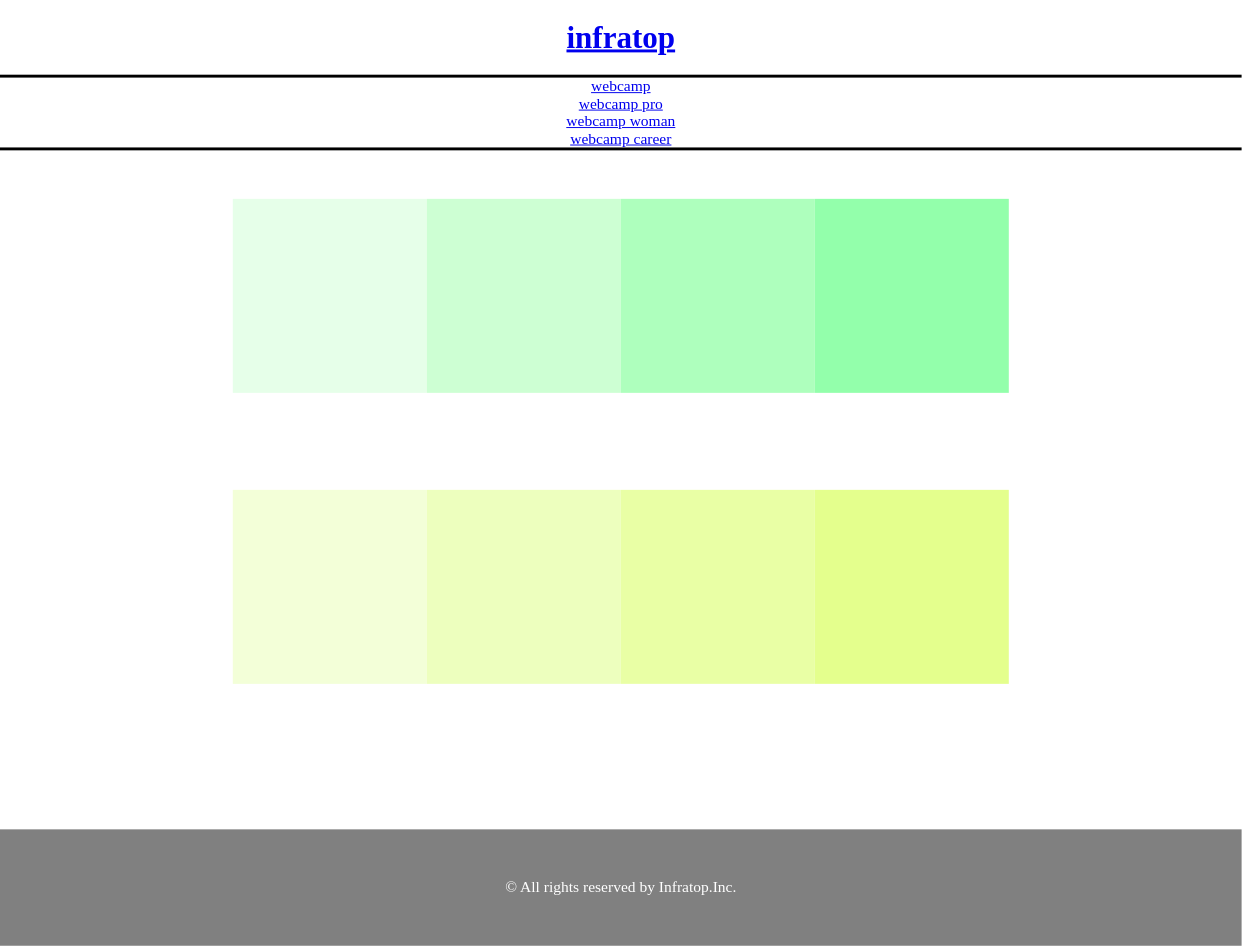
Repository: hayase-m/Webcamp
Page: chapter5/chapter5.html
The author's editor kept a record of every edit. The page is drawn from the files as they stood at one moment, then again after the next edit.
The browser window is 1280 px wide. The pictures show the whole page, at 97% of full size.

Above is the page before.

After the next edit:
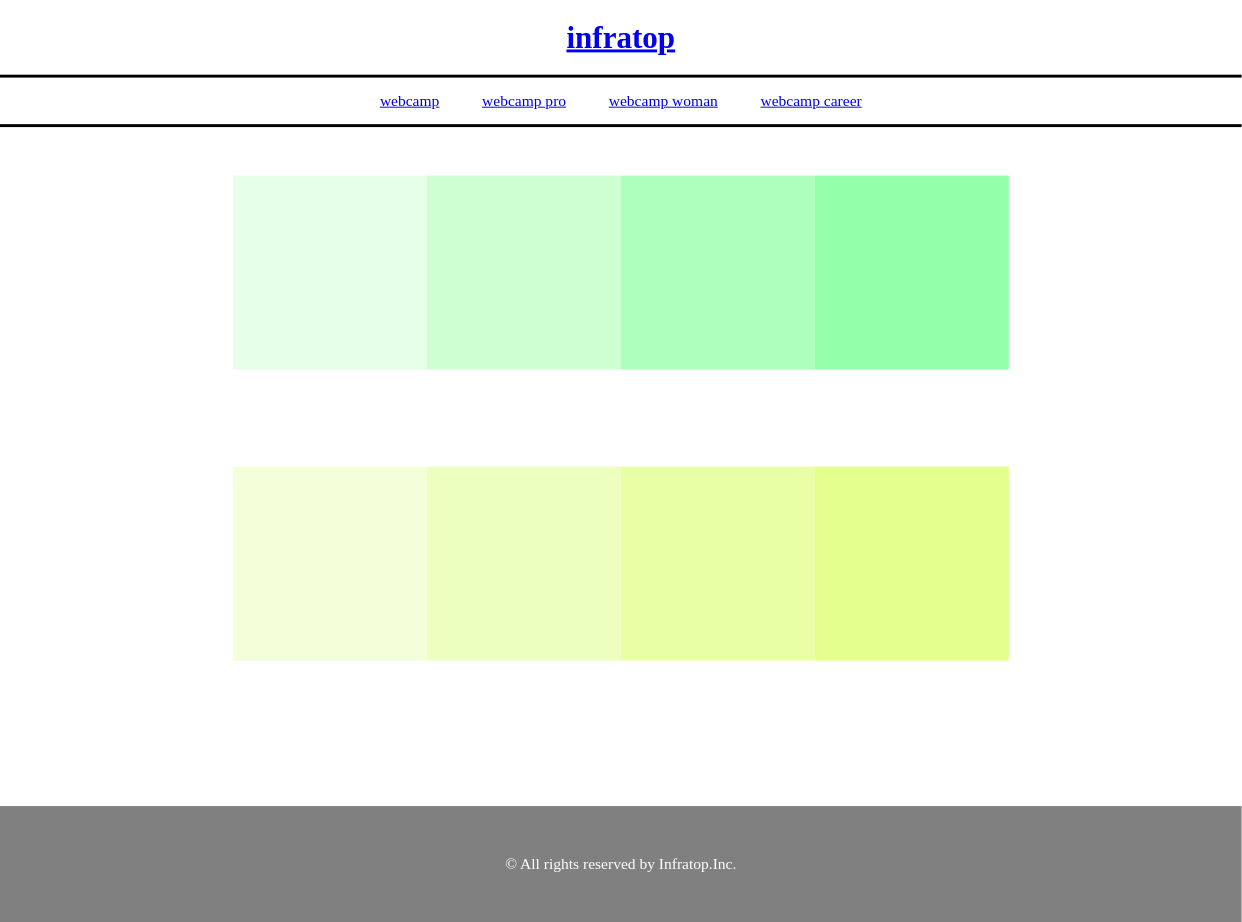
The edit:
--- a/chapter5/chapter5.html
+++ b/chapter5/chapter5.html
@@ -14,10 +14,10 @@
 
   <nav>
     <ul>
-      <li><a href="chapter5.html">webcamp</a></li>
-      <li><a href="chapter5.html">webcamp pro</a></li>
-      <li><a href="chapter5.html">webcamp woman</a></li>
-      <li><a href="chapter5.html">webcamp career</a></li>
+      <li class="item"><a href="chapter5.html">webcamp</a></li>
+      <li class="item"><a href="chapter5.html">webcamp pro</a></li>
+      <li class="item"><a href="chapter5.html">webcamp woman</a></li>
+      <li class="item"><a href="chapter5.html">webcamp career</a></li>
     </ul>
   </nav>
 
